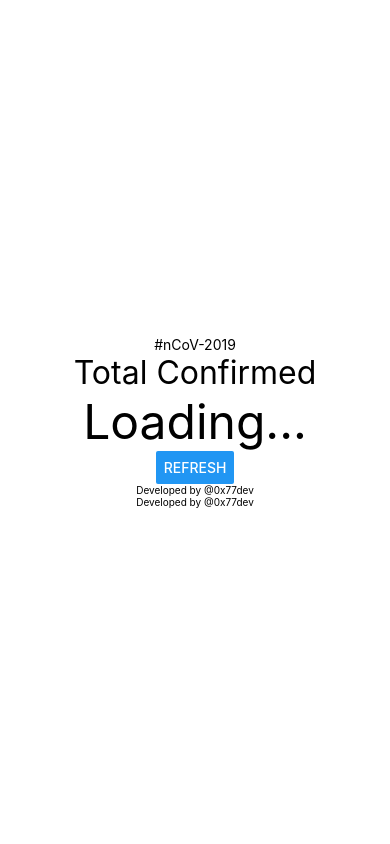
Repository: 0x77dev/coronavirus
Screen: /
These files come from the project's save history. The screen is drawn as it stood at one moment and after a run of saves; the edit follows.
The page's requests for data from a server got no answer. The app was drawn by React Native's web renderer in a window 390 px wide. The project was rebuilt for these pictures with package versions that can differ from the ones it lists, and the page was loaded fresh each time. No one was signed in, and anything a server would have sent is missing.

Above is the screen before, as saved 2020-03-13 18:00:29.

### App.tsx
import React from 'react';
import { StyleSheet, Text, View, Button } from 'react-native';

export default class App extends React.Component {
  constructor(props) {
    super(props);
    this.state = {
      totalConfirmed: "Loading...",
    };
  }

  render() {
    return (
      <View style={styles.container} >
        <Text style={{ fontSize: 14 }}>#nCoV-2019</Text>
        <Text style={{ fontSize: 32 }}>Total Confirmed</Text>
        {/* @ts-ignore */}
        <Text style={{ fontSize: 48 }}>{this.state.totalConfirmed}</Text>
        <Text />
        <Button title="Refresh" onPress={this.componentDidMount}>Refresh</Button>
        <Text />
        <Text style={{ fontSize: 10 }}>Developed by @0x77dev</Text>
        <Text style={{ fontSize: 10 }}>Developed by @0x77dev</Text>
      </View>
    );
  }

  async componentDidMount() {
    const totalConfirmedFetch = await fetch("https://services9.arcgis.com/N9p5hsImWXAccRNI/arcgis/rest/services/Z7biAeD8PAkqgmWhxG2A/FeatureServer/1/query?f=json&where=Confirmed%20%3E%200&returnGeometry=false&spatialRel=esriSpatialRelIntersects&outFields=*&outStatistics=%5B%7B%22statisticType%22%3A%22sum%22%2C%22onStatisticField%22%3A%22Confirmed%22%2C%22outStatisticFieldName%22%3A%22value%22%7D%5D&cacheHint=true");
    const totalConfirmedFetchJSON = await totalConfirmedFetch.json();
    //@ts-ignore
    this.setState({ totalConfirmed: totalConfirmedFetchJSON.features[0].attributes.value });
    console.log(this.setState, totalConfirmedFetchJSON)
  }
}

const styles = StyleSheet.create({
  container: {
    flex: 1,
    backgroundColor: '#fff',
    alignItems: 'center',
    justifyContent: 'center',
  },
});

After the next 2 saves:
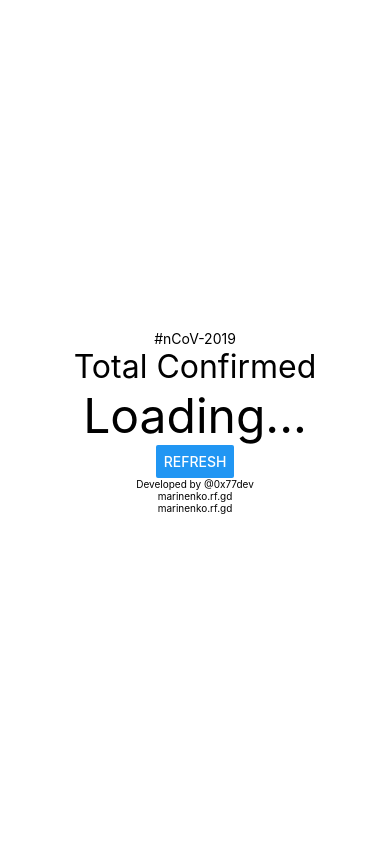
The 2 saves are shown as one change because they came seconds apart.
The last was saved 8 s later.
--- a/App.tsx
+++ b/App.tsx
@@ -20,7 +20,8 @@ export default class App extends React.Component {
         <Button title="Refresh" onPress={this.componentDidMount}>Refresh</Button>
         <Text />
         <Text style={{ fontSize: 10 }}>Developed by @0x77dev</Text>
-        <Text style={{ fontSize: 10 }}>Developed by @0x77dev</Text>
+        <Text style={{ fontSize: 10 }}>marinenko.rf.gd</Text>
+        <Text style={{ fontSize: 10 }}>marinenko.rf.gd</Text>
       </View>
     );
   }
